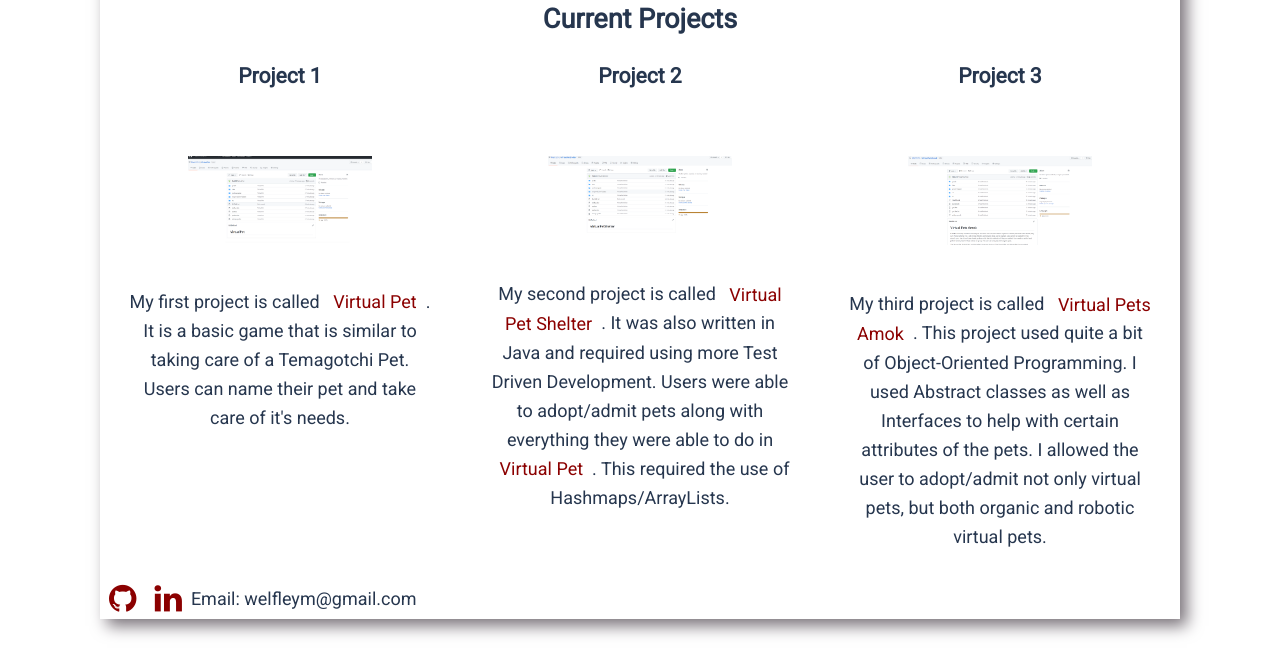
Repository: Matt1218/Matt1218.github.io
Page: index.html
An editor plug-in stored every save of this project. The page is shown before and after a run of saves, followed by the edit.
The browser window is 1280 px wide. The pictures show the part of the page from y = 565 to 1292 px (the page is 1220 px tall before and 1292 px after).
A picture or video elsewhere on the page could not be fetched, so the positions and the page height are approximate.

Above is the page before, as saved 2022-03-21 14:06:02.

### index.html
<!DOCTYPE html>
<html lang="en">

<head>
    <meta charset="UTF-8">
    <meta http-equiv="X-UA-Compatible" content="IE=edge">
    <meta name="viewport" content="width=device-width, initial-scale=1.0">
    <link rel="stylesheet" href="https://cdnjs.cloudflare.com/ajax/libs/font-awesome/4.7.0/css/font-awesome.min.css">
    <link rel="stylesheet" href="style.css">
    <title>Matt's Portfolio</title>
</head>

<body>
    <div class="container">
        <header class="page-header">
            <h1 id="header-logo">Matt Welfley</h1>
            <ul class="header-nav">
                <li>
                    <nav class="header-nav-item"><a href="#profile">About Me</a></nav>
                </li>
                <li>
                    <nav class="header-nav-item"><a href="#projects">Projects</a></nav>
                </li>
            </ul>
        </header>
        <section id="profile">

            <figure id="profile-image">
                <img src="./assets/Headshot (2).jpg" alt="A profile picture of me">
            </figure>
            <article class="bio">
                <h2>About Me:</h2>
                <p>I graduated from Kent State University with a Bachelor's of Arts Degree in Organizational
                    Communication. I enjoy backpacking, climbing, disc golf, and writing clean, functional code. I am
                    currently
                    based in Kent, Ohio. </p>
                <section class="skills">
                    <h2>Technical Skills:</h2>
                    <ul>
                        <li>Java</li>
                        <li>HTML</li>
                        <li>CSS</li>
                        <li>JavaScript</li>
                        <li>MVC</li>
                        <li>Spring</li>
                        <li>Thymeleaf</li>
                        <li>Object Oriented Programming</li>
                    </ul>
                </section>

            </article>

        </section>

        <h2 id="projects-title">Current Projects</h2>
        <section id="projects">
            <article class="projects-column">
                <h3 class="projects-column-title">Project 1</h3>
                <figure class="projects-column-figure">
                    <img src="./assets/VIrtualPetScreenshot.png" alt="VirtualPetScreenshot" class="projects-image-1">
                    <p>My first project is called <a href="https://github.com/Matt1218/VirtualPet">Virtual Pet</a>. It
                        is a
                        basic game that is similar to taking care of a Temagotchi Pet. Users can name their pet and take
                        care of it's needs.</p>
                </figure>
            </article>

            <article class="projects-column">
                <h3 class="projects-column-title">Project 2</h3>
                <figure class="projects-column-figure">
                    <img src="./assets/VirtualPetShelterScreenshot.png" alt="VirtualPetShelterScreenshot"
                        class="projects-image-2">
                    <p>My second project is called <a href="https://github.com/Matt1218/VirtualPetShelter">Virtual Pet
                            Shelter</a>. It was also written in Java and required using more Test Driven Development.
                        Users
                        were able to adopt/admit pets along with everything they were able to do in <a
                            href="https://github.com/Matt1218/VirtualPet">Virtual Pet</a>. This required the use of
                        Hashmaps/ArrayLists.</p>
                </figure>
            </article>
            <article class="projects-column">
                <h3 class="projects-column-title">Project 3</h3>
                <figure class="projects-column-figure">
                    <img src="./assets/VirtualPetsAmokScreenshot.png" alt="VirtualPetsAmokScreenshot"
                        class="projects-image-3">
                    <p>My third project is called <a href="https://github.com/Matt1218/VirtualPetsAmok">Virtual Pets
                            Amok</a>. This project used quite a bit of Object-Oriented Programming. I used Abstract
                        classes
                        as well as Interfaces to help with certain attributes of the pets. I allowed the user to
                        adopt/admit
                        not only virtual pets, but both organic and robotic virtual pets.</p>
                </figure>
            </article>
        </section>

        <footer id="footer">
            <a href="https://github.com/Matt1218" class="fa fa-github"></a>
            <a href="https://www.linkedin.com/in/matt-welfley" class="fa fa-linkedin"></a>
            <span>Email: welfleym@gmail.com</span>
        </footer>
    </div>
</body>

</html>

### style.css
@import url('https://fonts.googleapis.com/css2?family=Roboto');

* {
    box-sizing: border-box;
    margin: 0;
    padding: 0;
}

html {
    color: rgb(38, 54, 78);
    font: 18px/1.618 sans-serif;
    font-family: 'Roboto', sans-serif;
}

a {
    color: darkred;
    padding: .25rem .5rem;
    text-decoration: none;
}

.container {
    background-color: white;
    margin: 2rem auto;
    max-width: 60rem;
    width: 90%;
    -webkit-box-shadow: 7px 7px 15px 0px rgba(122, 115, 122, 1);
    -moz-box-shadow: 7px 7px 15px 0px rgba(122, 115, 122, 1);
    box-shadow: 7px 7px 15px 0px rgba(122, 115, 122, 1);
}

.page-header {
    display: flex;
    align-items: center;
    justify-content: space-between;
}

#header-logo {
    margin-left: 1.5rem;
    font-style: bold;
}

.header-nav {
    display: flex;
    list-style-type: none;
}

.header-nav-item {
    list-style-type: none;
    margin: 1rem;
}

.header-nav-item:hover {
    background-color: grey;
    border: .5px solid rgb(38, 54, 78);
    border-radius: .5rem;
    transition: .5s;
}

#profile {
    display: flex;
    justify-content: space-between;
}

#profile img {
    width: 70%;
    margin: 1rem;
    height: auto;
    border-radius: 5px;

}

#projects img {
    width: 60%;
    margin: 2rem;
}

.bio {
    display: flex;
    flex-direction: column;
    margin: .5rem 3rem;
}

.skills {
    margin-top: 1rem;
}


#projects-title{
    text-align: center;
    margin: 1rem;
}

#projects{
    display: grid;
    grid-template-columns: 1fr 1fr 1fr;
}

.projects-column-title{
    text-align: center;
}

.projects-column-figure{
    text-align: center;
    margin: 1.5rem;
}

#footer{
    display: flex;
    align-items: center;
}

#footer a {
    font-size: xx-large;

}

After the next 2 saves:
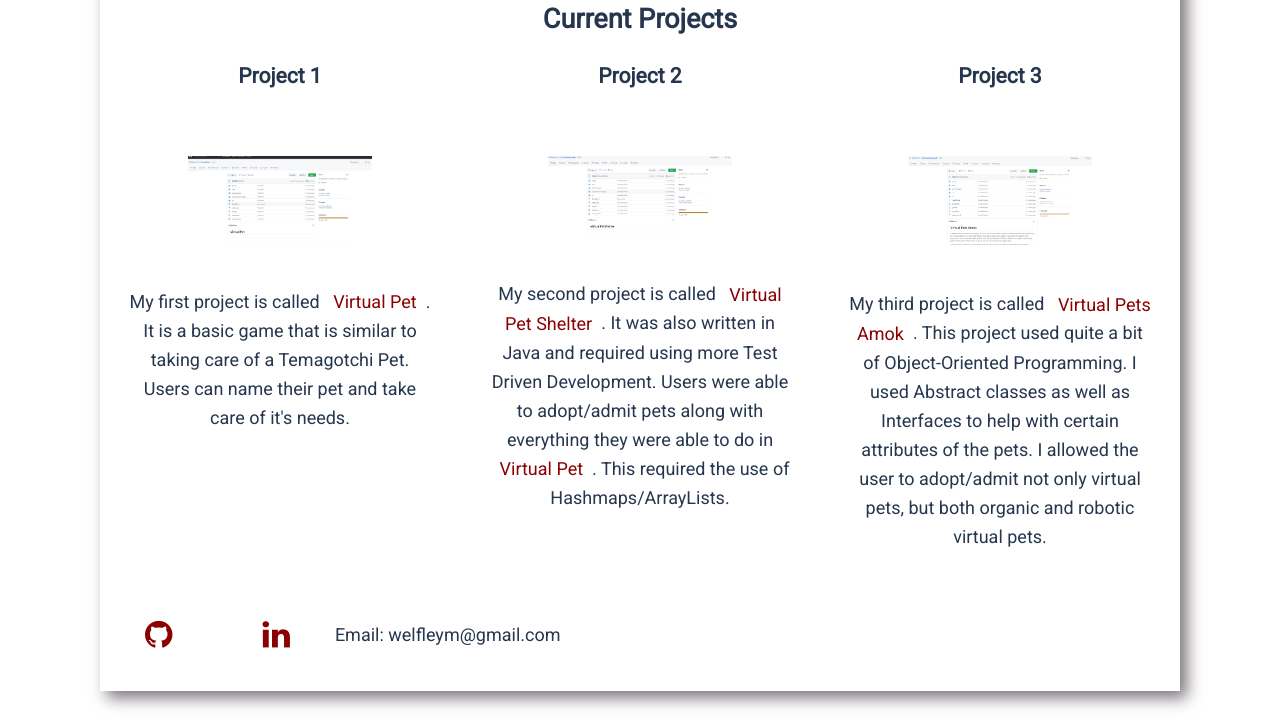
The 2 saves are shown as one change because they came seconds apart.
The last was saved 7 s later.
--- a/style.css
+++ b/style.css
@@ -111,5 +111,5 @@ a {
 
 #footer a {
     font-size: xx-large;
-
+    margin: 2rem;
 }
